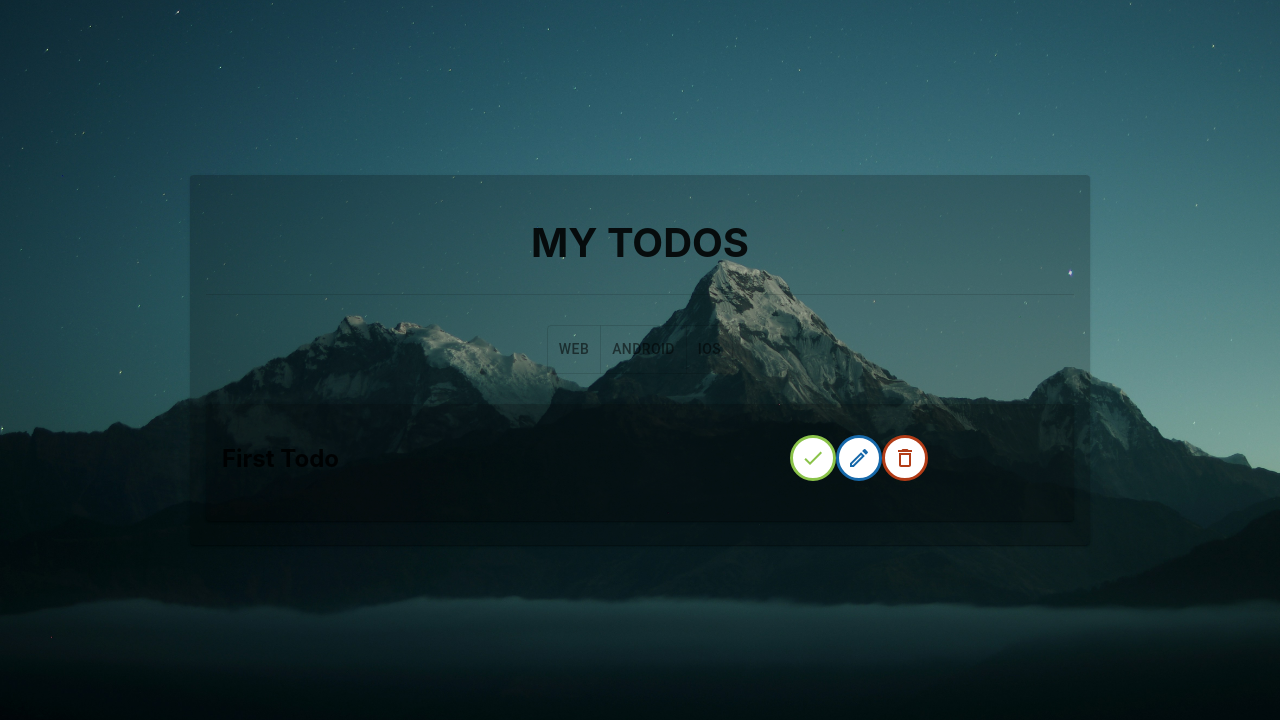
Repository: Ebadahamde/React-CRUDS-Project
Page: /
An editor plug-in stored every save of this project. The page is shown before and after the next save, followed by the edit.
The browser window is 1280 px wide. The pictures show the whole page.
The project was rebuilt for these pictures with package versions that can differ from the ones it lists, and the page was loaded fresh each time.

Above is the page before, as saved 2025-08-23 16:50:24.

### src/App.js
import logo from './logo.svg';
import './App.css';
import BasicCard from './Componends/TodosList';

function App() {
  return (
    <div className="App"   style={{
    backgroundImage: "url('/Background2.jpg')",
    backgroundSize: "cover",
    backgroundPosition: "center",
    minHeight: "100vh"
  }}>
     <BasicCard/>
    </div>
  );
}

export default App;

### src/Componends/TodosList.js
import Card from "@mui/material/Card";
import Divider from "@mui/material/Divider";
import CardContent from "@mui/material/CardContent";
import Container from "@mui/material/Container";
// TOGGLE GROUP
import ToggleButton from "@mui/material/ToggleButton";
import ToggleButtonGroup from "@mui/material/ToggleButtonGroup";
import Todo from "./todo";
// TOGGLE GROUP

export default function BasicCard() {
  return (
    <Container
      maxWidth="md"
      sx={{
        display: "flex",
        justifyContent: "center",
        alignItems: "center",
        minHeight: "100vh",
        borderRadius: "100px",
      }}
    >
      <Card sx={{ minWidth: 900, background: "#00000035" }}>
        <CardContent>
          <h1 style={{ fontSize: "40PX" }}>MY TODOS</h1>
          <Divider />

          {/* TOGGLE GROUP */}
          <ToggleButtonGroup
            color="primary"
            //   value={alignment}
            exclusive
            //   onChange={handleChange}
            aria-label="Platform"
            style={{ marginTop: "30px", marginBottom: "30px" }}
          >
            <ToggleButton value="web">Web</ToggleButton>
            <ToggleButton value="android">Android</ToggleButton>
            <ToggleButton value="ios">iOS</ToggleButton>
          </ToggleButtonGroup>
          {/* ====TOGGLE GROUP==== */}
          <Todo />
        </CardContent>
      </Card>
    </Container>
  );
}

### src/Componends/todo.js
import Card from "@mui/material/Card";
import CardContent from "@mui/material/CardContent";
import Grid from "@mui/material/Grid";
import IconButton from "@mui/material/IconButton";
// ICONS

import CheckIcon from "@mui/icons-material/Check";
import DeleteOutlineOutlinedIcon from "@mui/icons-material/DeleteOutlineOutlined";
import ModeEditOutlineOutlinedIcon from "@mui/icons-material/ModeEditOutlineOutlined";


export default function Todo() {
  return (
    <Card sx={{ background: "#00000035", minWidth: 275 }}>
      <CardContent>
        <Grid container spacing={2}>
          <Grid size={8}>
            <p style={{fontWeight:"bold" , fontSize: "24px", textAlign: "left" }}>First Todo</p>
          </Grid>
          <Grid
              xs={4}
              display="flex"
              justifyContent="space-around"
              alignItems="center"
            >
              <IconButton
                className="iconButton"
                aria-label="delete"
                style={{
                  color: "#8bc34a",
                  background: "white",
                  border: "solid #8bc34a 3px",
                }}
              >
                <CheckIcon />
              </IconButton>

              <IconButton
                className="iconButton"
                aria-label="delete"
                style={{
                  color: "#1769aa",
                  background: "white",
                  border: "solid #1769aa 3px",
                }}
              >
                <ModeEditOutlineOutlinedIcon />
              </IconButton>

              <IconButton
                className="iconButton"
                aria-label="delete"
                style={{
                  color: "#b23c17",
                  background: "white",
                  border: "solid #b23c17 3px",
                }}
              >
                <DeleteOutlineOutlinedIcon />
              </IconButton>
            </Grid>
        </Grid>
      </CardContent>
    </Card>
  );
}

Loaded but not shown: public/index.html (common file); src/index.js (common file); src/index.css (common file); src/reportWebVitals.js (common file); src/App.css (common file)

After the next save:
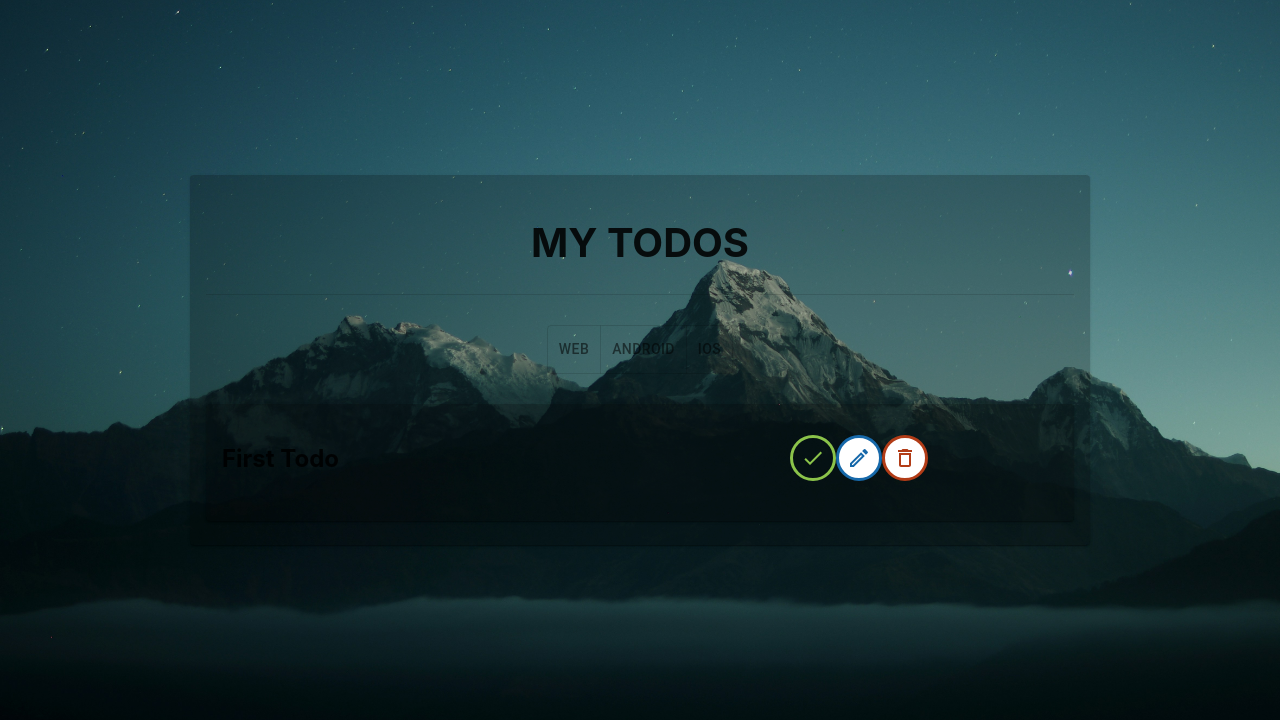
Saved 56 s later.
--- a/src/Componends/todo.js
+++ b/src/Componends/todo.js
@@ -28,7 +28,7 @@ export default function Todo() {
                 aria-label="delete"
                 style={{
                   color: "#8bc34a",
-                  background: "white",
+                  // background: "white",
                   border: "solid #8bc34a 3px",
                 }}
               >
